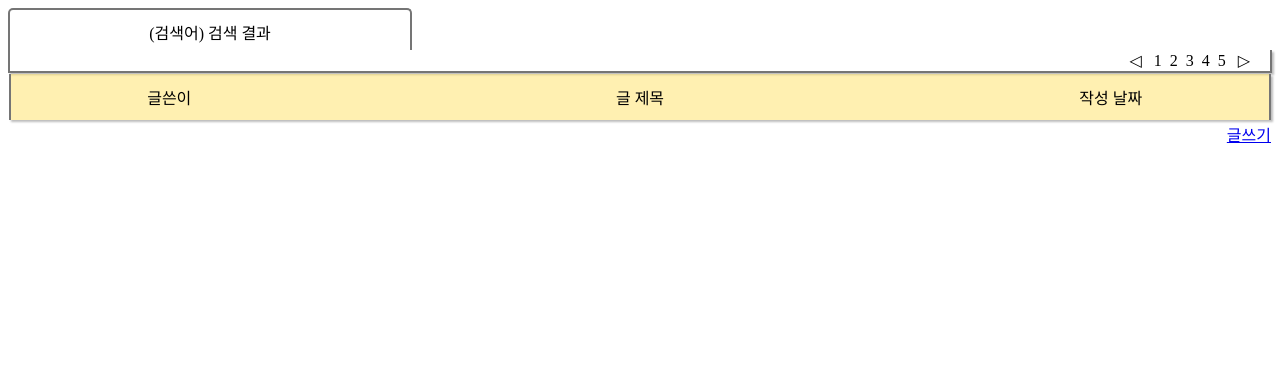
Repository: GOHO97/Haheeho
Page: http://localhost/Haheeho_Adblock/WEB-INF/views/board/board.jsp
The author's editor kept a copy of each file at every save. The page is drawn from the files as they stood at one save, then again after the next save.
The browser window is 1280 px wide. The pictures show the whole page.
The page is served by Tomcat 9. Nobody is signed in. The template is opened directly, without the code that normally fills it, so the values that code supplies are empty.

Above is the page before, as saved 2022-11-01 05:24:18.

After the next save:
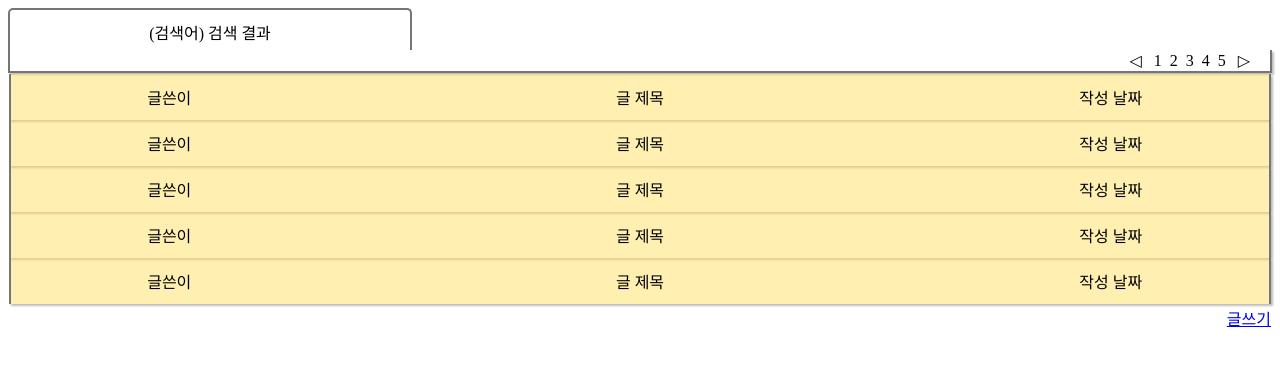
Saved 9 min 34 s later.
--- a/Haheeho_Adblock/src/main/webapp/WEB-INF/views/board/board.jsp
+++ b/Haheeho_Adblock/src/main/webapp/WEB-INF/views/board/board.jsp
@@ -32,6 +32,58 @@
 						</td>
 					</tr>
 				</table>
+				<table class="boardArea">
+					<tr>
+						<td class="boardUserName" align="center">
+							글쓴이
+						</td>
+						<td class="boardTitle" align="center">
+							<a>글 제목</a>
+						</td>
+						<td class="boardDate" align="center">
+							작성 날짜
+						</td>
+					</tr>
+				</table>
+				<table class="boardArea">
+					<tr>
+						<td class="boardUserName" align="center">
+							글쓴이
+						</td>
+						<td class="boardTitle" align="center">
+							<a>글 제목</a>
+						</td>
+						<td class="boardDate" align="center">
+							작성 날짜
+						</td>
+					</tr>
+				</table>
+				<table class="boardArea">
+					<tr>
+						<td class="boardUserName" align="center">
+							글쓴이
+						</td>
+						<td class="boardTitle" align="center">
+							<a>글 제목</a>
+						</td>
+						<td class="boardDate" align="center">
+							작성 날짜
+						</td>
+					</tr>
+				</table>
+				<table class="boardArea">
+					<tr>
+						<td class="boardUserName" align="center">
+							글쓴이
+						</td>
+						<td class="boardTitle" align="center">
+							<a>글 제목</a>
+						</td>
+						<td class="boardDate" align="center">
+							작성 날짜
+						</td>
+					</tr>
+				</table>
 			</td>
 		</tr>
 		<tr>
